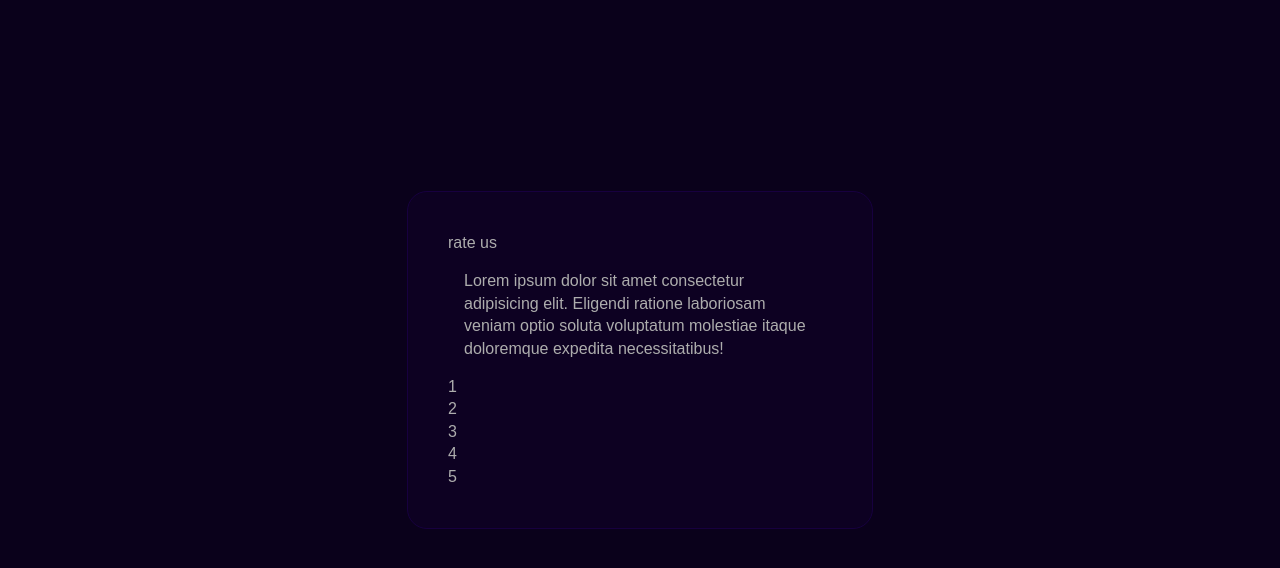
Repository: russel-success/xcodepp-TASK-2
Page: index.html
The author's editor kept a copy of each file at every save. The page is drawn from the files as they stood at one save, then again after the next save.
The browser window is 1280 px wide. The pictures show the whole page.

Above is the page before, as saved 2024-05-24 22:51:18.

### index.html
<!DOCTYPE html>
<html lang="en">
<head>
    <meta charset="UTF-8">
    <meta name="viewport" content="width=device-width, initial-scale=1.0">
    <link rel="stylesheet" href="styles/styles.css">
    <title>Ratings</title>
</head>
<body>
    <div class="container">
        <div class="card-container">
            <div class="rate-us">
                <span></span><span><p>rate us</p></span>
            </div>
            <div class="body-text-container"><p class="body-text">Lorem ipsum dolor sit amet consectetur adipisicing elit. Eligendi ratione laboriosam veniam optio soluta voluptatum molestiae itaque doloremque expedita necessitatibus!</p>
            </div>
            <div class="ratings-container">
                <div class="rating">1</div>
                <div class="rating">2</div>
                <div class="rating">3</div>
                <div class="rating">4</div>
                <div class="rating">5</div>
            </div>
        </div>
    </div>
</body>
</html>

### styles/styles.css
/* :root{
    --prim-purple:rgb(8, 1, 30)
} */
*{
    padding:0;
    margin:0;
}
.container{
    background:rgb(10, 1, 27);
    width:100vw;
    height:100vh;
    display:flex;
    justify-content: center;
    align-items: center;
}
.card-container{
    width:30%;
    height:fit-content;
    padding:40px;
    border-radius: 20px;
    border:1px solid rgb(23, 0, 63);
    background:rgb(13, 1, 34);
    color:rgb(173, 173, 173);
    font-family:Arial, Helvetica, sans-serif;
    line-height: 1.4rem;
    font-weight:100
}
.body-text-container{
    width:fit-content;
    height:fit-content;
    padding:16px;
}
.body-text{
    color:inherit;
}

After the next save:
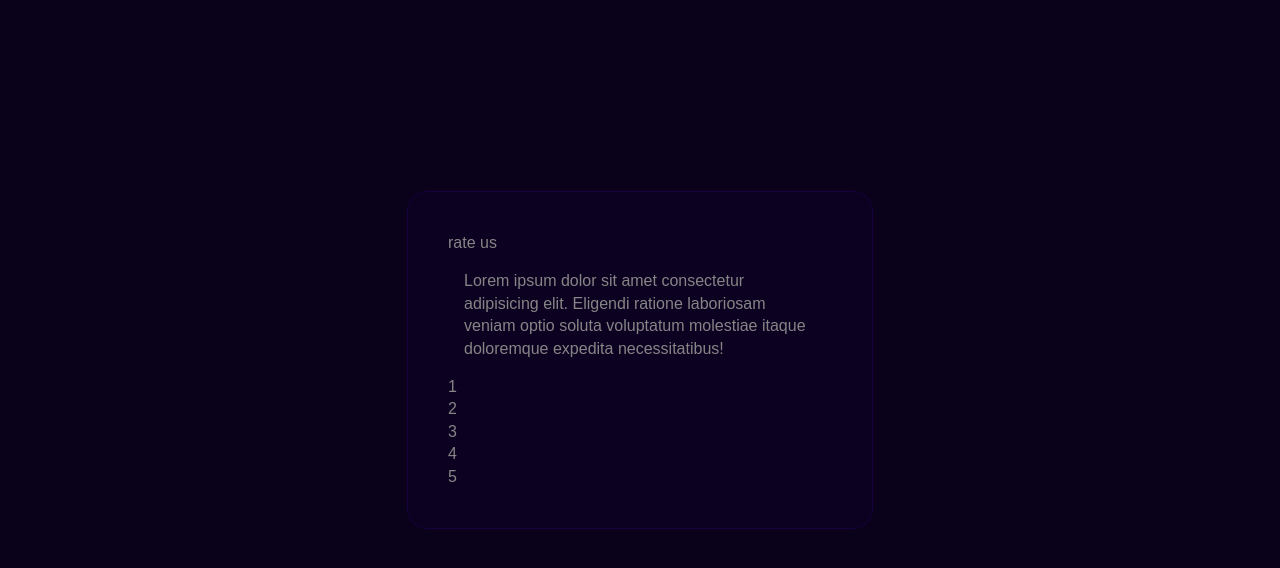
Saved 12 s later.
--- a/styles/styles.css
+++ b/styles/styles.css
@@ -20,7 +20,7 @@
     border-radius: 20px;
     border:1px solid rgb(23, 0, 63);
     background:rgb(13, 1, 34);
-    color:rgb(173, 173, 173);
+    color:rgb(133, 133, 133);
     font-family:Arial, Helvetica, sans-serif;
     line-height: 1.4rem;
     font-weight:100
